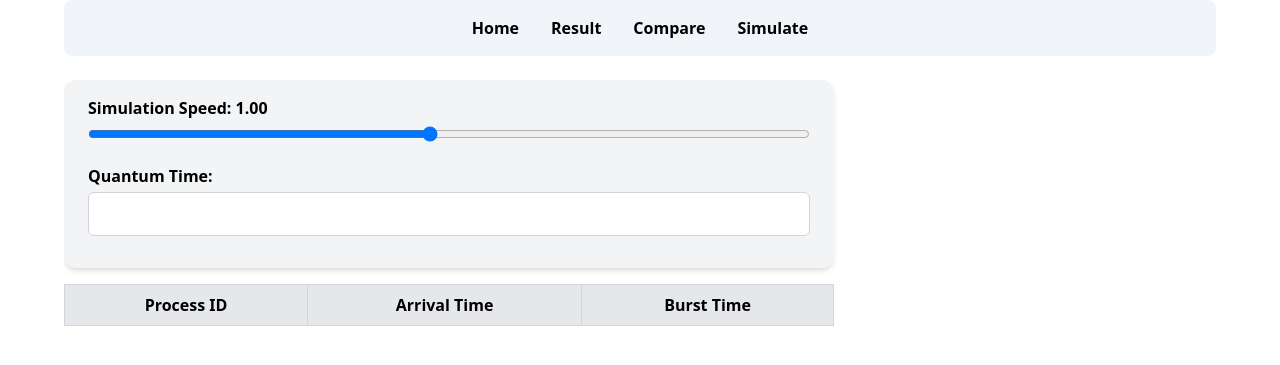
Repository: ujjwalkathait/Process_Scheduler
Page: /simulate
An editor plug-in stored every save of this project. The page is shown before and after the next save, followed by the edit.
The browser window is 1280 px wide. The pictures show the whole page.
The project was rebuilt for these pictures with package versions that can differ from the ones it lists, and the page was loaded fresh each time. Also part of the build but not shown: vite.config.js, src/components/CompareAlgorithmsChart.jsx, src/components/GanttChart.jsx, src/components/GanttChartTable.jsx, src/helpers/ComputeStatistics.js, src/algorithms/FCFS.js, src/algorithms/SJF.js, src/algorithms/Priority.js and 15 more.

Above is the page before, as saved 2025-05-16 08:45:07.

### index.html
<!doctype html>
<html lang="en">
  <head>
    <meta charset="UTF-8" />
    <link rel="icon" type="image/svg+xml" href="./src/assets/scheduling_favicon.jpeg" />
    <meta name="viewport" content="width=device-width, initial-scale=1.0" />
    <title>CPU Scheduling Algorithms Visualization</title>
  </head>
  <body>
    <div id="root"></div>
    <script type="module" src="/src/main.jsx"></script>
  </body>
</html>

### src/main.jsx
import ReactDOM from 'react-dom/client';
import { BrowserRouter } from 'react-router-dom';
import App from './App';
import React from 'react';
import './index.css';

ReactDOM.createRoot(document.getElementById('root')).render(
  <React.StrictMode>
    <App />
  </React.StrictMode>,
)

### src/App.jsx
import React, { useState } from 'react';
import { ToastContainer } from 'react-toastify';
import 'react-toastify/dist/ReactToastify.css';
import Compare from './pages/Compare';
import Home from './pages/Home';
import Result from './pages/Result';
import { Link, Route, BrowserRouter as Router, Routes } from 'react-router-dom';
import { ProcessProvider } from './context/ProcessContext';
import Simulate from './pages/Simulate';

function App() {

  return (
    <ProcessProvider>
      <Router>
        <div className="overflow-x-hidden mx-[5%] mb-[1rem]">
          <nav className="flex justify-center gap-8 p-4 bg-slate-100 rounded-lg">
            <Link to="/" className="font-semibold hover:underline">Home</Link>
            <Link to="/result" className="font-semibold hover:underline">Result</Link>
            <Link to="/compare" className="font-semibold hover:underline">Compare</Link>
            <Link to="/simulate" className="font-semibold hover:underline">Simulate</Link>
          </nav>
          <ToastContainer />
          <Routes>
            <Route path="/" element={<Home />} />
            <Route path="/result" element={<Result />} />
            <Route path="/compare" element={<Compare />} />
            <Route path="/simulate" element={<Simulate />} />

          </Routes>
        </div>
      </Router>
    </ProcessProvider>
  );
}

export default App

### src/index.css
@tailwind base;
@tailwind components;
@tailwind utilities;

input[type="number"] {
  @apply border border-gray-300 rounded-md;
  width: 100%;
  text-align: center;
  font-size: 1.1rem;
}

input[type="radio"] {
  @apply border border-gray-300 rounded-md;
  text-align: center;
  width: 30px;
  margin-top: 0.7rem;
}

.simulate {
  /* background: rgb(49,151,168); */
  letter-spacing: 0.15rem;
  font-weight: 900;
  font-size: 1rem;
}

.reset {
  letter-spacing: 0.08rem;
}

### src/context/ProcessContext.jsx
import React, { createContext, useState } from 'react';

export const ProcessContext = createContext();

export const ProcessProvider = ({ children }) => {
  const [arrivalTime, setArrivalTime] = useState();
  const [burstTime, setBurstTime] = useState();
  const [processId, setProcessID] = useState(1);
  const [processes, setProcesses] = useState([]);
  const [newProcesses, setUpdatedProcesses] = useState([]);
  const [updatedProcesses, setAnotherUpdatedProcesses] = useState([]);
  const [selectedAlgorithm, setSelectedAlgorithm] = useState(0);
  const [priority, setPriority] = useState();
  const [executed, setExecuted] = useState(false);
  const [statisticsData, setStatisticsData] = useState([]);

  const value = {
    arrivalTime,
    burstTime,
    processId,
    processes,
    newProcesses,
    updatedProcesses,
    selectedAlgorithm,
    priority,
    executed,
    statisticsData,
    setArrivalTime,
    setBurstTime,
    setProcessID,
    setProcesses,
    setUpdatedProcesses,
    setAnotherUpdatedProcesses,
    setSelectedAlgorithm,
    setPriority,
    setExecuted,
    setStatisticsData
  };

  return (
    <ProcessContext.Provider value={value}>
      {children}
    </ProcessContext.Provider>
  );
};

### src/pages/Simulate.jsx
import React, { useContext, useState } from 'react';
import { ProcessContext } from '../context/ProcessContext';
import InputTable from '../components/InputTable';
import SimulationControls from '../components/SimulationControls';

export default function Simulate() {
  const {
      processes,
      selectedAlgorithm,
    } = useContext(ProcessContext);
  const [simulationSpeed, setSimulationSpeed] = useState(1.0);
  const [timeQuantum, setTimeQuantum] = useState();

  const handleSimulate = () => { /* start simulation logic */ };
  const handlePause = () => { /* pause simulation logic */ };
  const handleForward = () => { /* forward step logic */ };
  const handleBack = () => { /* backward step logic */ };
  const handleExit = () => { /* cleanup / reset logic */ };

  return (
    <div className="w-full bg-white my-6 flex flex-row gap-10">
      <div className="space-y-4 col-span-1">
        <SimulationControls
          simulationSpeed={simulationSpeed}
          setSimulationSpeed={setSimulationSpeed}
          timeQuantum={timeQuantum}
          setTimeQuantum={setTimeQuantum}
        />
        <InputTable
          processes={processes}
          selectedAlgorithm={selectedAlgorithm}
        />
        {/* <ReadyQueue />
        <div className="space-y-2">
          <CPUStatus status="Idle" algorithm={selectedAlgorithm} />
          <StatsPanel stats={statisticsData} />
        </div> */}
      </div>

      {/* Right Panel */}
      {/* <div className="col-span-2 space-y-4">
        <NavigationButtons />
        <ProcessList />
        <GanttChart />
      </div> */}
    </div>
  );
}

### src/components/InputTable.jsx
import React from 'react'

const InputTable = ({selectedAlgorithm , processes}) => {
    let usesPriority = (selectedAlgorithm === 3 || selectedAlgorithm === 4 || selectedAlgorithm === 7);
  return (
    <table className="w-full border-collapse border border-gray-300 text-center">
        <thead>
            <tr className="bg-gray-200">
            <th className="border border-gray-300 px-4 py-2">Process ID</th>
            <th className="border border-gray-300 px-4 py-2">Arrival Time</th>
            <th className="border border-gray-300 px-4 py-2">Burst Time</th>
            {usesPriority && (
                <th className="border border-gray-300 px-4 py-2">Priority</th>
            )}
            </tr>
        </thead>
        <tbody>
            {processes.map((process, index) => (
            <tr key={process.processId} className="bg-white">
                <td className="border border-gray-300 px-4 py-2">P{index+1}</td>
                <td className="border border-gray-300 px-4 py-2">{process.arrivalTime}</td>
                <td className="border border-gray-300 px-4 py-2">{process.burstTime}</td>
                {usesPriority && (
                <td className="border border-gray-300 px-4 py-2">{process.priority}</td>
                )}
            </tr>
            ))}
        </tbody>
    </table>
  )
}

export default InputTable

### src/components/SimulationControls.jsx
import React, { useState } from 'react';

const SimulateControls = ({
  simulationSpeed,
  setSimulationSpeed,
  timeQuantum,
  setTimeQuantum,
//   onSimulate,
//   onPause,
//   onForward,
//   onBack,
//   onExit,
}) => {
  return (
    <div className="bg-gray-100 w-[770px] px-6 py-4 rounded-xl shadow-md">

      {/* Simulation Speed Slider */}
      <div className="mb-4">
        <label className="block font-semibold mb-1">Simulation Speed: {simulationSpeed.toFixed(2)}</label>
        <input
          type="range"
          min="0.1"
          max="2.0"
          step="0.01"
          value={simulationSpeed}
          onChange={(e) => setSimulationSpeed(parseFloat(e.target.value))}
          className="w-full"
        />
      </div>

      {/* Quantum Time Input */}
      <div className="mb-4">
        <label className="block font-semibold mb-1">Quantum Time:</label>
        <input
          type="number"
          min="1"
          value={timeQuantum}
          onChange={(e) => setTimeQuantum(Number(e.target.value))}
          className="w-full p-2 border rounded"
        />
      </div>

      {/* Buttons */}
      {/* <div className="grid grid-cols-3 gap-4 mt-4">
        <button onClick={onPause} className="bg-yellow-600 hover:bg-yellow-700 text-white font-bold py-2 rounded">
          Pause
        </button>
        <button onClick={onBack} className="bg-gray-500 hover:bg-gray-600 text-white font-bold py-2 rounded">
          Back
        </button>
        <button onClick={onSimulate} className="bg-green-600 hover:bg-green-700 text-white font-bold py-2 rounded">
          Simulate
        </button>
        <button onClick={onForward} className="bg-blue-600 hover:bg-blue-700 text-white font-bold py-2 rounded">
          Forward
        </button>
        <button onClick={onExit} className="bg-red-600 hover:bg-red-700 text-white font-bold py-2 rounded col-span-2">
          Exit
        </button>
      </div> */}
    </div>
  );
};

export default SimulateControls;

Loaded but not shown: tailwind.config.js (common file)

After the next save:
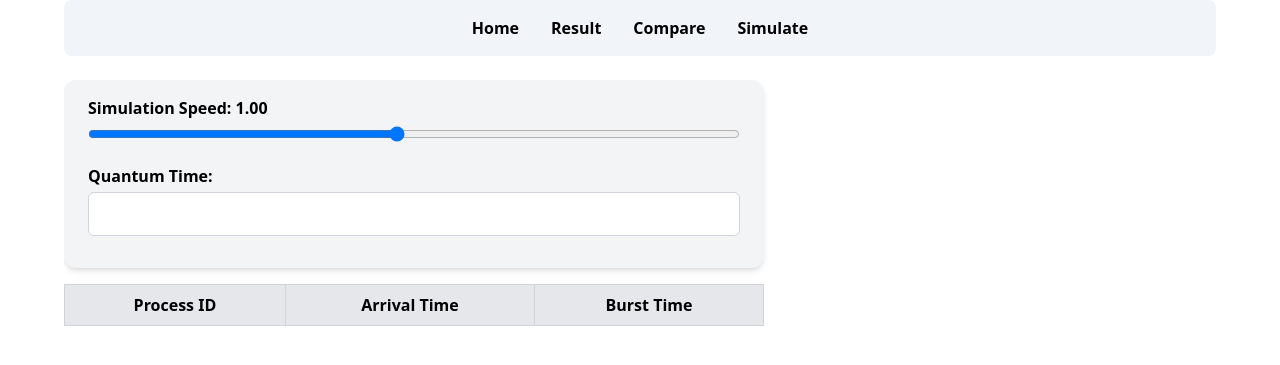
Saved 45 s later.
--- a/src/components/SimulationControls.jsx
+++ b/src/components/SimulationControls.jsx
@@ -12,7 +12,7 @@ const SimulateControls = ({
 //   onExit,
 }) => {
   return (
-    <div className="bg-gray-100 w-[770px] px-6 py-4 rounded-xl shadow-md">
+    <div className="bg-gray-100 w-[700px] px-6 py-4 rounded-xl shadow-md">
 
       {/* Simulation Speed Slider */}
       <div className="mb-4">
